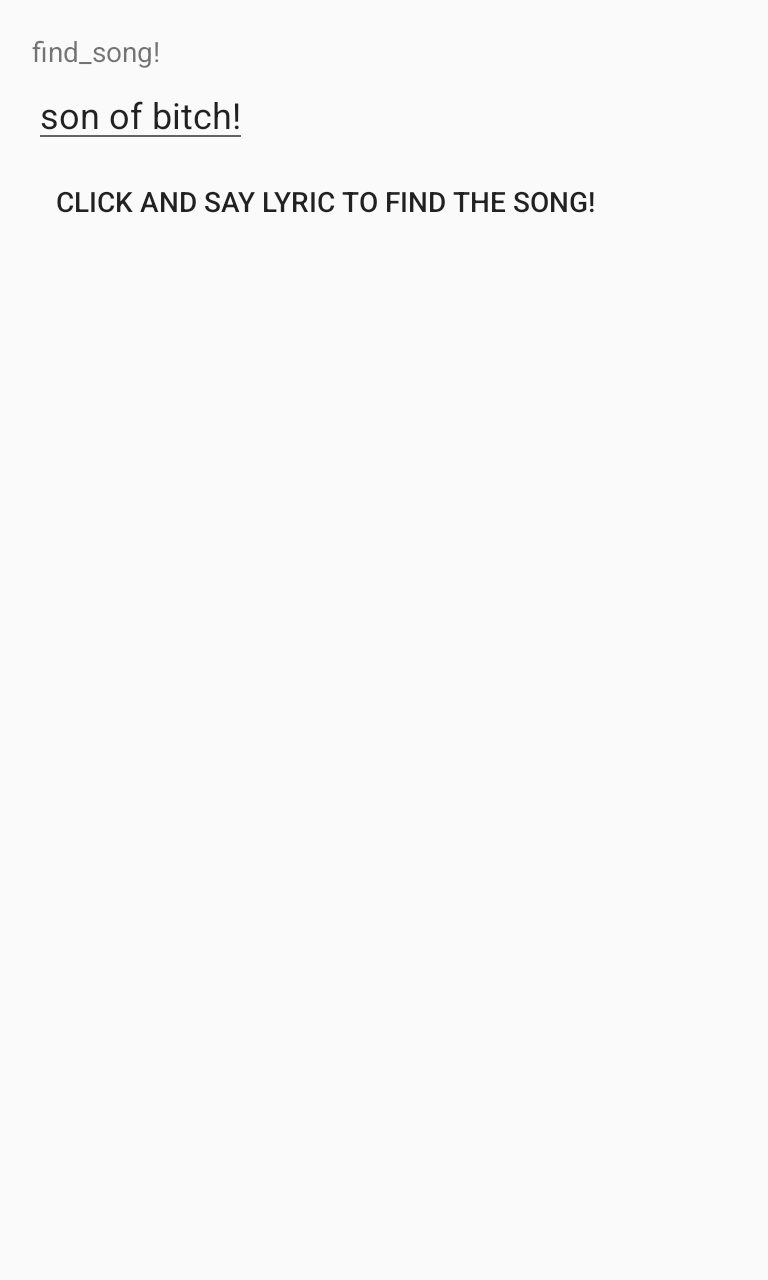
Repository: lyfhallelujah/nj
Layout: sound/sound/res/layout/activity_main.xml
These files come from the project's save history. The layout is drawn as it stood at one moment and after the next save; the edit follows.
It is drawn on a 768 x 1280 px phone screen (xhdpi) without system bars, with theme AppTheme; the app's code is not run. Lists and similar views that code fills are empty.

Above is the layout before, as saved 2015-12-01 15:27:37.

After the next save:
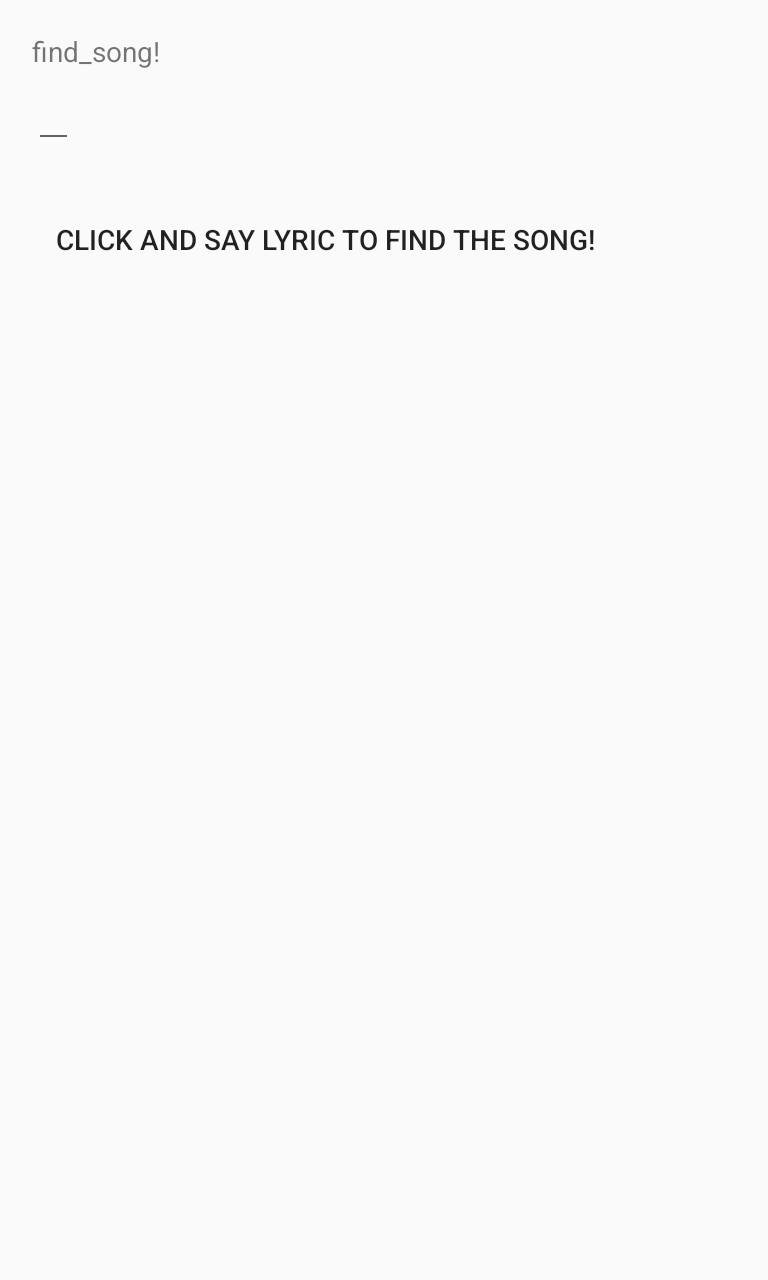
Saved 11 min 46 s later.
--- a/sound/sound/res/layout/activity_main.xml
+++ b/sound/sound/res/layout/activity_main.xml
@@ -16,10 +16,16 @@
         android:text="find_song!" />
 
     	<EditText
+        android:id="@+id/cdkey"
+        android:layout_width="wrap_content"
+        android:layout_height="wrap_content"
+        android:text="   " />
+
+    	<TextView
         android:id="@+id/ceshi"
         android:layout_width="wrap_content"
         android:layout_height="wrap_content"
-        android:text="son of bitch!" />
+        android:text="   " />
 
     	<LinearLayout
             android:layout_width="fill_parent"
